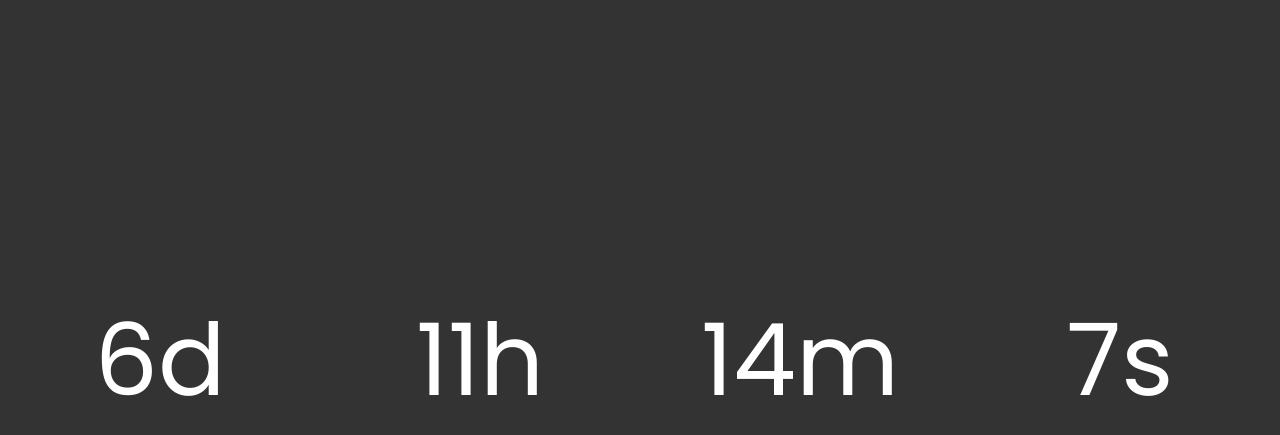
Repository: LeTanTru/All-Code
Page: Countdown/index.html
These files come from the project's save history. The page is drawn as it stood at one moment and after a run of saves; the edit follows.
The browser window is 1280 px wide. The pictures show the whole page.

Above is the page before, as saved 2023-01-04 22:21:15.

### Countdown/index.html
<!DOCTYPE html>
<html lang="en">

<head>
    <meta charset="UTF-8">
    <meta http-equiv="X-UA-Compatible" content="IE=edge">
    <meta name="viewport" content="width=device-width, initial-scale=1.0">
    <link rel="icon" type="image/x-icon" href="https://encrypted-tbn0.gstatic.com/images?q=tbn:ANd9GcQIQh1eX0Q6u5cD437ia0Gx8Band5tZZqGc_A&usqp=CAU">
    <title>Countdown</title>
    <link rel="stylesheet" href="./style.css">
    <link rel="preconnect" href="https://fonts.googleapis.com">
    <link rel="preconnect" href="https://fonts.gstatic.com" crossorigin>
    <link href="https://fonts.googleapis.com/css2?family=Poppins:wght@400;500&display=swap" rel="stylesheet">
</head>

<body>
    <div class="wrapper">
        <div class="countdown">
            <h3 class="countdown-css days"></h3>
            <h3 class="countdown-css hours"></h3>
            <h3 class="countdown-css minutes"></h3>
            <h3 class="countdown-css seconds"></h3>
        </div>
    </div>
    <script src="./countdown.js"></script>
</body>

</html>

### Countdown/style.css
*,
*::before,
*::after {
  box-sizing: border-box;
}

* {
  margin: 0;
  padding: 0;
  font: inherit;
}

body {
  line-height: 1.5;
}

img,
picture,
video,
canvas,
svg {
  display: block;
  max-width: 100%;
}

input,
button,
textarea,
select {
  outline: none;
}

p,
h1,
h2,
h3,
h4,
h5,
h6 {
  overflow-wrap: break-word;
}

* {
  border: 0;
  padding: 0;
  margin: 0;
  box-sizing: border-box;
}

body {
  background-color: #333;
}

html {
  font-family: "Poppins", sans-serif;
}

.wrapper {
  display: flex;
  align-items: center;
  justify-content: flex-start;
  height: 100vh;
}

.countdown {
  width: 100%;
  height: 300px;
  border-radius: 15px;
  display: flex;
  transition: all linear 0.5s;
  position: relative;
  color: white;
}

.countdown.open {
  background-color: rgba(100, 73, 74, 0.5);
}

.countdown-css {
  display: inline-block;
  width: 25%;
  height: 300px;
  line-height: 300px;
  text-align: center;
  font-size: 100px;
  pointer-events: none;
  transition: all linear 0.5s;
  user-select: none;
}

### Countdown/countdown.js
const daysEle = document.querySelector(".days");
const hoursEle = document.querySelector(".hours");
const minutesEle = document.querySelector(".minutes");
const secondsEle = document.querySelector(".seconds");

const date = new Date();
const dateEnd = new Date("1/30/2023");
const difference = dateEnd.getTime() - date.getTime();
const days = Math.floor(difference / (1000 * 86400));
const hours = Math.floor(difference / (1000 * 3600) - days * 24);
const minutes = Math.floor(
  (difference / (1000 * 3600) - days * 24 - hours) * 60
);
const seconds = Math.floor(
  ((difference / (1000 * 3600) - days * 24 - hours) * 60 - minutes) * 60
);
daysEle.innerText = days + "d";
hoursEle.innerText = hours + "h";
minutesEle.innerText = minutes + "m";
secondsEle.innerText = seconds + "s";

setInterval(() => {
  const date = new Date();
  const dateEnd = new Date("1/5/2023");
  const difference = dateEnd.getTime() - date.getTime();
  const days = Math.floor(difference / (1000 * 86400));
  const hours = Math.floor(difference / (1000 * 3600) - days * 24);
  const minutes = Math.floor(
    (difference / (1000 * 3600) - days * 24 - hours) * 60
  );
  const seconds = Math.floor(
    ((difference / (1000 * 3600) - days * 24 - hours) * 60 - minutes) * 60
  );
  daysEle.innerText = days + "d";
  hoursEle.innerText = hours + "h";
  minutesEle.innerText = minutes + "m";
  secondsEle.innerText = seconds + "s";
}, 1000);

After the next 2 saves:
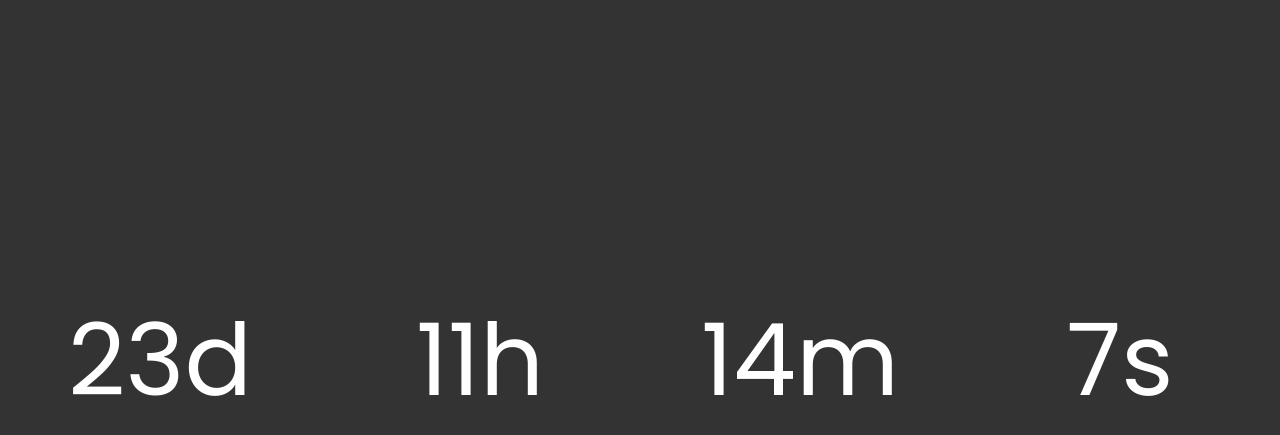
The 2 saves are shown as one change because they came seconds apart.
The last was saved 15 s later.
--- a/Countdown/countdown.js
+++ b/Countdown/countdown.js
@@ -4,7 +4,7 @@ const minutesEle = document.querySelector(".minutes");
 const secondsEle = document.querySelector(".seconds");
 
 const date = new Date();
-const dateEnd = new Date("1/30/2023");
+const dateEnd = new Date("1/22/2023");
 const difference = dateEnd.getTime() - date.getTime();
 const days = Math.floor(difference / (1000 * 86400));
 const hours = Math.floor(difference / (1000 * 3600) - days * 24);
@@ -21,7 +21,7 @@ secondsEle.innerText = seconds + "s";
 
 setInterval(() => {
   const date = new Date();
-  const dateEnd = new Date("1/5/2023");
+  const dateEnd = new Date("1/22/2023");
   const difference = dateEnd.getTime() - date.getTime();
   const days = Math.floor(difference / (1000 * 86400));
   const hours = Math.floor(difference / (1000 * 3600) - days * 24);
